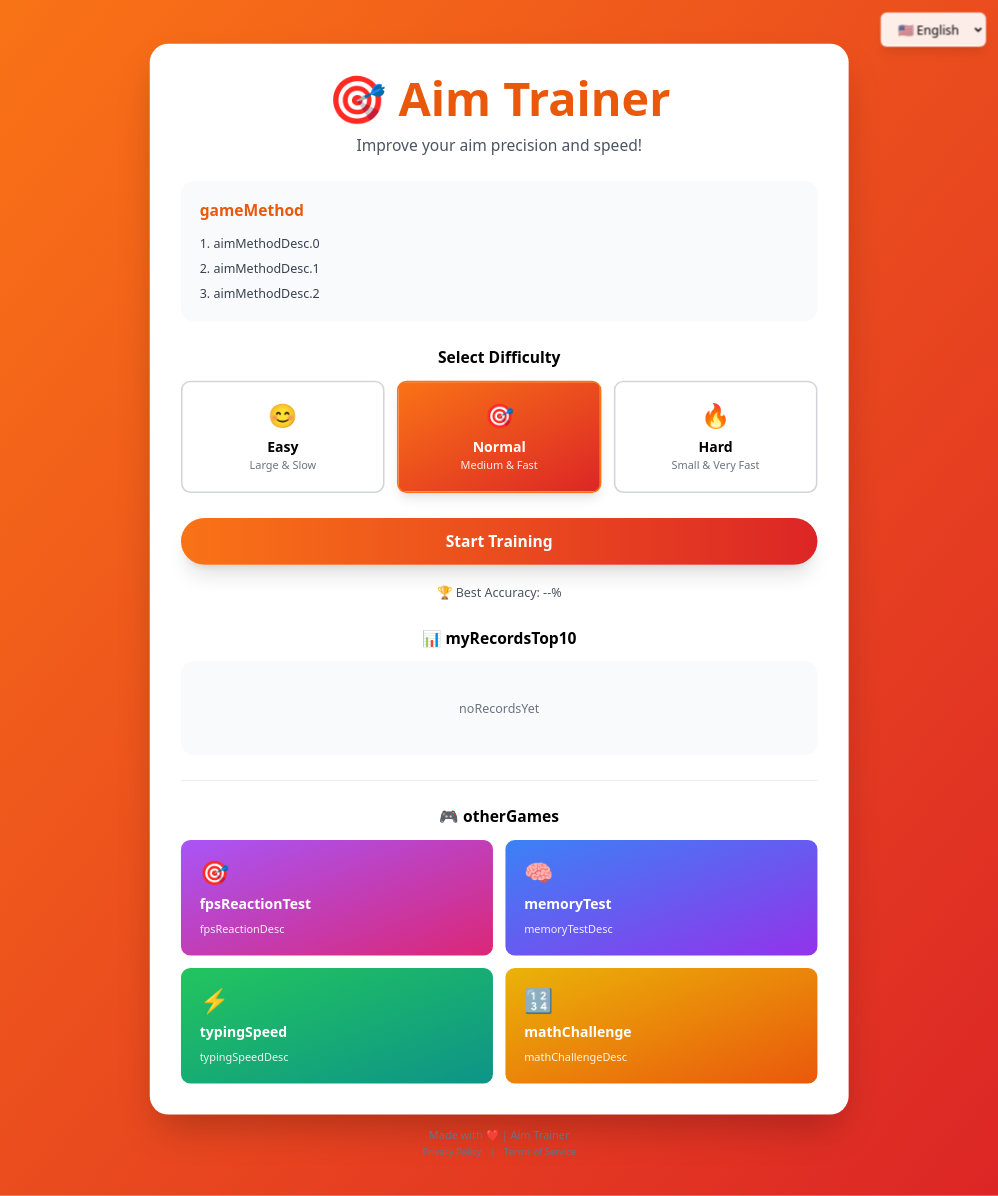
Repository: Lcmind/withjocoding
Page: aim-trainer.html
An editor plug-in stored every save of this project. The page is shown before and after the next save, followed by the edit.
The browser window is 1280 px wide. The pictures show the whole page, at 78% of full size.
An inner scrolling area shows only its first screen. Some web libraries are served in a nearby version.

Above is the page before, as saved 2026-01-13 21:31:48.

### aim-trainer.html
<!DOCTYPE html>
<html lang="en">
<head>
  <meta charset="UTF-8">
  <meta name="viewport" content="width=device-width, initial-scale=1.0">
  <meta name="description" content="Free Aim Trainer! Improve your aim precision and reaction time. Perfect for FPS gamers!">
  <title>Aim Trainer - Improve Your Aim Precision | FPS Training</title>

  <!-- Tailwind CSS -->
  <script src="https://cdn.tailwindcss.com"></script>
  <script>
    tailwind.config = {
      theme: {
        extend: {
          colors: {
            primary: '#667eea',
            secondary: '#764ba2',
          }
        }
      }
    }
  </script>

  <!-- Google AdSense -->
  <script async src="https://pagead2.googlesyndication.com/pagead/js/adsbygoogle.js?client=ca-pub-1247545232353663"
     crossorigin="anonymous"></script>

  <style>
    @keyframes pulse-target {
      0%, 100% { transform: scale(1); }
      50% { transform: scale(1.1); }
    }
    .target-pulse {
      animation: pulse-target 0.8s ease-in-out infinite;
    }
    @keyframes hit-effect {
      0% { transform: scale(0.5); opacity: 1; }
      100% { transform: scale(2.5); opacity: 0; }
    }
    .hit-effect-anim {
      animation: hit-effect 0.4s ease-out;
    }
  </style>
</head>
<body class="min-h-screen bg-gradient-to-br from-orange-500 to-red-600">

  <!-- 언어 선택 -->
  <div class="fixed top-4 right-4 z-50">
    <select id="language-selector" class="px-4 py-2 rounded-lg bg-white/90 backdrop-blur-sm shadow-lg border-2 border-white/50 cursor-pointer hover:bg-white transition-all">
      <option value="ko">🇰🇷 한국어</option>
      <option value="en">🇺🇸 English</option>
      <option value="ja">🇯🇵 日本語</option>
    </select>
  </div>

  <!-- 시작 화면 -->
  <div id="start-screen" class="screen active min-h-screen flex flex-col items-center justify-center p-4 md:p-8">
    <div class="max-w-4xl w-full">

      <!-- 상단 광고 -->
      <div class="mb-6 flex justify-center">
        <ins class="adsbygoogle block"
             style="display:block; max-height:90px;"
             data-ad-format="horizontal"
             data-ad-client="ca-pub-1247545232353663"
             data-full-width-responsive="true"></ins>
      </div>

      <!-- 메인 카드 -->
      <div class="bg-white rounded-3xl shadow-2xl p-6 md:p-10">
        <h1 class="text-4xl md:text-6xl font-bold text-center text-orange-600 mb-4">
          🎯 <span data-i18n="title">Aim Trainer</span>
        </h1>
        <p class="text-lg md:text-xl text-center text-gray-600 mb-8" data-i18n="subtitle">Improve your aim precision and speed!</p>

      <!-- 게임 방법 -->
      <div class="bg-gray-50 rounded-2xl p-6 mb-8">
        <h3 class="text-xl font-bold text-orange-600 mb-4" data-i18n="gameMethod">How to Play</h3>
        <ol class="list-decimal list-inside space-y-2 text-gray-700">
          <li data-i18n="aimMethodDesc.0">Targets appear randomly on screen</li>
          <li data-i18n="aimMethodDesc.1">Click them as fast as possible</li>
          <li data-i18n="aimMethodDesc.2">Improve your accuracy and speed!</li>
        </ol>
      </div>

      <!-- 난이도 선택 -->
      <div class="mb-8">
        <h3 class="text-xl font-bold text-center mb-4" data-i18n="selectDifficulty">Select Difficulty</h3>
        <div class="grid grid-cols-1 md:grid-cols-3 gap-4">
          <button class="difficulty-btn border-2 border-gray-300 rounded-xl p-6 hover:border-orange-500 hover:shadow-lg transition-all" data-difficulty="easy">
            <div class="text-3xl mb-2">😊</div>
            <div class="font-bold text-lg" data-i18n="easy">Easy</div>
            <div class="text-sm text-gray-500">Large & Slow</div>
          </button>
          <button class="difficulty-btn active border-2 border-orange-500 bg-gradient-to-br from-orange-500 to-red-600 text-white rounded-xl p-6 shadow-lg" data-difficulty="normal">
            <div class="text-3xl mb-2">🎯</div>
            <div class="font-bold text-lg" data-i18n="normal">Normal</div>
            <div class="text-sm opacity-90">Medium & Fast</div>
          </button>
          <button class="difficulty-btn border-2 border-gray-300 rounded-xl p-6 hover:border-orange-500 hover:shadow-lg transition-all" data-difficulty="hard">
            <div class="text-3xl mb-2">🔥</div>
            <div class="font-bold text-lg" data-i18n="hard">Hard</div>
            <div class="text-sm text-gray-500">Small & Very Fast</div>
          </button>
        </div>
      </div>

      <button id="start-btn" class="w-full bg-gradient-to-r from-orange-500 to-red-600 text-white font-bold text-xl py-4 rounded-full shadow-xl hover:shadow-2xl hover:-translate-y-1 transition-all">
        <span data-i18n="startTraining">Start Training</span>
      </button>

      <div class="mt-6 text-center text-gray-600">
        <p>🏆 <span data-i18n="bestAccuracy">Best Accuracy</span>: <span id="best-record">--%</span></p>
      </div>

      <!-- 내 기록 TOP 10 -->
      <div class="mt-8">
        <h3 class="text-xl font-bold text-center mb-4">📊 <span data-i18n="myRecordsTop10">My Top 10 Records</span></h3>
        <div id="history-list" class="bg-gray-50 rounded-2xl p-4 max-h-80 overflow-y-auto">
          <p class="text-center text-gray-500 py-8" data-i18n="noRecordsYet">No records yet. Start now!</p>
        </div>
      </div>

      <!-- 다른 게임 섹션 -->
      <div class="mt-8 border-t border-gray-200 pt-8">
        <h3 class="text-xl font-bold text-center mb-4">🎮 <span data-i18n="otherGames">Other Games</span></h3>
        <div class="grid grid-cols-1 md:grid-cols-2 gap-4">
          <a href="index.html" class="block bg-gradient-to-br from-purple-500 to-pink-600 rounded-xl p-6 text-white hover:shadow-xl transition-all duration-300 hover:-translate-y-1">
            <div class="text-3xl mb-2">🎯</div>
            <div class="font-bold text-lg mb-2" data-i18n="fpsReactionTest">FPS Reaction Test</div>
            <div class="text-sm opacity-90" data-i18n="fpsReactionDesc">Test your reaction speed</div>
          </a>

          <a href="memory-test.html" class="block bg-gradient-to-br from-blue-500 to-purple-600 rounded-xl p-6 text-white hover:shadow-xl transition-all duration-300 hover:-translate-y-1">
            <div class="text-3xl mb-2">🧠</div>
            <div class="font-bold text-lg mb-2" data-i18n="memoryTest">Memory Test</div>
            <div class="text-sm opacity-90" data-i18n="memoryTestDesc">Test your memory skills</div>
          </a>

          <a href="typing-speed.html" class="block bg-gradient-to-br from-green-500 to-teal-600 rounded-xl p-6 text-white hover:shadow-xl transition-all duration-300 hover:-translate-y-1">
            <div class="text-3xl mb-2">⚡</div>
            <div class="font-bold text-lg mb-2" data-i18n="typingSpeed">Typing Speed</div>
            <div class="text-sm opacity-90" data-i18n="typingSpeedDesc">Test your typing speed</div>
          </a>

          <a href="math-challenge.html" class="block bg-gradient-to-br from-yellow-500 to-orange-600 rounded-xl p-6 text-white hover:shadow-xl transition-all duration-300 hover:-translate-y-1">
            <div class="text-3xl mb-2">🔢</div>
            <div class="font-bold text-lg mb-2" data-i18n="mathChallenge">Math Challenge</div>
            <div class="text-sm opacity-90" data-i18n="mathChallengeDesc">Quick math calculations</div>
          </a>
        </div>
      </div>
    </div>
  </div>

  <!-- 게임 화면 -->
  <div id="game-screen" class="screen hidden min-h-screen bg-gray-900 relative">
    <!-- 게임 정보 -->
    <div class="fixed top-8 left-1/2 transform -translate-x-1/2 z-10">
      <div class="flex gap-8 bg-white/10 backdrop-blur-md px-6 py-3 rounded-full">
        <div class="text-white text-lg">
          <span class="opacity-80" data-i18n="targets">Targets</span>: <span id="target-count" class="font-bold">0 / 30</span>
        </div>
        <div class="text-white text-lg">
          <span class="opacity-80" data-i18n="accuracy">Accuracy</span>: <span id="accuracy-display" class="font-bold">100%</span>
        </div>
        <div class="text-white text-lg">
          <span class="opacity-80" data-i18n="combo">Combo</span>: <span id="combo-display" class="font-bold text-yellow-400">x1</span>
        </div>
      </div>
    </div>

    <!-- 게임 영역 -->
    <div id="game-area" class="w-screen h-screen relative cursor-crosshair">
      <div id="target" class="absolute rounded-full opacity-0 transform scale-0 transition-all duration-200 shadow-2xl border-4 border-white/30"></div>
      <div id="click-effect" class="absolute w-24 h-24 border-4 rounded-full pointer-events-none opacity-0 transform scale-0"></div>
    </div>
  </div>

  <!-- 결과 화면 -->
  <div id="result-screen" class="screen hidden min-h-screen flex flex-col items-center justify-center p-4">
    <div class="max-w-2xl w-full bg-white rounded-3xl shadow-2xl p-6 md:p-10">
      <h1 class="text-4xl font-bold text-center text-orange-600 mb-8">
        🎯 <span data-i18n="results">Results</span>
      </h1>

      <div class="bg-gradient-to-br from-orange-500 to-red-600 text-white rounded-2xl p-8 mb-6">
        <div class="text-center mb-6">
          <div class="text-lg opacity-90 mb-2" data-i18n="finalAccuracy">Final Accuracy</div>
          <div id="final-accuracy" class="text-6xl font-bold mb-4">100%</div>
        </div>

        <div class="grid grid-cols-3 gap-4">
          <div class="bg-white/20 rounded-xl p-4 text-center">
            <div class="text-sm opacity-90" data-i18n="avgTime">Avg Time</div>
            <div id="avg-time" class="text-2xl font-bold">0ms</div>
          </div>
          <div class="bg-white/20 rounded-xl p-4 text-center">
            <div class="text-sm opacity-90" data-i18n="maxCombo">Max Combo</div>
            <div id="max-combo" class="text-2xl font-bold">x0</div>
          </div>
          <div class="bg-white/20 rounded-xl p-4 text-center">
            <div class="text-sm opacity-90" data-i18n="score">Score</div>
            <div id="final-score" class="text-2xl font-bold">0</div>
          </div>
        </div>
      </div>

      <div class="flex gap-4">
        <button id="retry-btn" class="flex-1 bg-gradient-to-r from-orange-500 to-red-600 text-white font-bold text-xl py-4 rounded-full shadow-xl hover:shadow-2xl hover:-translate-y-1 transition-all">
          <span data-i18n="trainAgain">Train Again</span>
        </button>
        <button id="home-btn" class="flex-1 bg-white text-orange-600 border-2 border-orange-600 font-bold text-xl py-4 rounded-full hover:bg-orange-600 hover:text-white transition-all">
          <span data-i18n="backHome">Home</span>
        </button>
      </div>
    </div>

    <!-- 하단 광고 -->
    <div class="mt-6 flex justify-center">
      <ins class="adsbygoogle block"
           style="display:block; min-height:250px;"
           data-ad-format="autorelaxed"
           data-ad-client="ca-pub-1247545232353663"
           data-full-width-responsive="true"></ins>
    </div>
  </div>

  <!-- Footer -->
  <!-- Footer -->
  <footer class="w-full py-4 text-center text-gray-500 text-sm">
    <p class="mb-1">Made with ❤️ | Aim Trainer</p>
    <p class="text-xs">
      <a href="privacy.html" class="text-gray-500 hover:text-gray-700 mx-2" data-i18n="privacyPolicy">Privacy Policy</a> |
      <a href="terms.html" class="text-gray-500 hover:text-gray-700 mx-2" data-i18n="termsOfService">Terms of Service</a>
    </p>
  </footer>

  <script>
    (adsbygoogle = window.adsbygoogle || []).push({});
  </script>

  <script src="aim-trainer.js"></script>
</body>
</html>

### aim-trainer.js
// 번역
const translations = {
  ko: {
    title: '조준 트레이너',
    subtitle: '조준 정확도와 속도를 향상시키세요!',
    selectDifficulty: '난이도 선택',
    easy: '쉬움',
    normal: '보통',
    hard: '어려움',
    startTraining: '훈련 시작',
    bestAccuracy: '최고 정확도',
    targets: '타겟',
    accuracy: '정확도',
    combo: '콤보',
    results: '결과',
    finalAccuracy: '최종 정확도',
    avgTime: '평균 시간',
    maxCombo: '최대 콤보',
    score: '점수',
    trainAgain: '다시 훈련',
    backHome: '홈으로',
    privacyPolicy: '개인정보처리방침',
    termsOfService: '이용약관'
  },
  en: {
    title: 'Aim Trainer',
    subtitle: 'Improve your aim precision and speed!',
    selectDifficulty: 'Select Difficulty',
    easy: 'Easy',
    normal: 'Normal',
    hard: 'Hard',
    startTraining: 'Start Training',
    bestAccuracy: 'Best Accuracy',
    targets: 'Targets',
    accuracy: 'Accuracy',
    combo: 'Combo',
    results: 'Results',
    finalAccuracy: 'Final Accuracy',
    avgTime: 'Avg Time',
    maxCombo: 'Max Combo',
    score: 'Score',
    trainAgain: 'Train Again',
    backHome: 'Home',
    privacyPolicy: 'Privacy Policy',
    termsOfService: 'Terms of Service'
  }
};

let currentLang = localStorage.getItem('preferredLanguage') || 'en';
const languageSelector = document.getElementById('language-selector');
if (languageSelector) {
  languageSelector.value = currentLang;
}

function t(key) {
  return translations[currentLang][key] || key;
}

function updateLanguage() {
  document.querySelectorAll('[data-i18n]').forEach(el => {
    const key = el.getAttribute('data-i18n');
    el.textContent = t(key);
  });
}

if (languageSelector) {
  languageSelector.addEventListener('change', (e) => {
    currentLang = e.target.value;
    localStorage.setItem('preferredLanguage', currentLang);
    updateLanguage();
  });
}

updateLanguage();

// 게임 로직
let difficulty = 'normal';
let targetCount = 0;
const maxTargets = 30;
let hits = 0;
let misses = 0;
let combo = 0;
let maxCombo = 0;
let reactionTimes = [];
let targetAppearTime = 0;
let isTargetVisible = false;

const difficultySettings = {
  easy: { size: 100, delay: [1000, 1500], lifetime: 2000 },
  normal: { size: 70, delay: [500, 1000], lifetime: 1500 },
  hard: { size: 50, delay: [300, 700], lifetime: 1000 }
};

const target = document.getElementById('target');
const clickEffect = document.getElementById('click-effect');
const gameArea = document.getElementById('game-area');

// 난이도 선택
document.querySelectorAll('.difficulty-btn').forEach(btn => {
  btn.addEventListener('click', () => {
    document.querySelectorAll('.difficulty-btn').forEach(b => {
      b.classList.remove('active', 'border-orange-500', 'bg-gradient-to-br', 'from-orange-500', 'to-red-600', 'text-white', 'shadow-lg');
      b.classList.add('border-gray-300');
    });
    btn.classList.remove('border-gray-300');
    btn.classList.add('active', 'border-orange-500', 'bg-gradient-to-br', 'from-orange-500', 'to-red-600', 'text-white', 'shadow-lg');
    difficulty = btn.dataset.difficulty;
  });
});

document.getElementById('start-btn').addEventListener('click', startGame);
document.getElementById('retry-btn').addEventListener('click', () => {
  hideScreen(document.getElementById('result-screen'));
  showScreen(document.getElementById('start-screen'));
});
document.getElementById('home-btn').addEventListener('click', () => {
  window.location.href = 'index.html';
});

function startGame() {
  hideScreen(document.getElementById('start-screen'));
  showScreen(document.getElementById('game-screen'));

  initGame();
}

function initGame() {
  targetCount = 0;
  hits = 0;
  misses = 0;
  combo = 0;
  maxCombo = 0;
  reactionTimes = [];
  isTargetVisible = false;

  updateGameInfo();
  spawnTarget();

  // 빗나간 클릭 감지
  gameArea.onclick = (e) => {
    if (e.target !== target && isTargetVisible) {
      misses++;
      combo = 0;
      updateGameInfo();
      showClickEffect(e.clientX, e.clientY, false);
    }
  };
}

function spawnTarget() {
  if (targetCount >= maxTargets) {
    endGame();
    return;
  }

  const settings = difficultySettings[difficulty];
  const margin = settings.size;
  const maxX = window.innerWidth - margin * 2;
  const maxY = window.innerHeight - margin * 2 - 100;

  const randomX = Math.random() * maxX + margin;
  const randomY = Math.random() * maxY + margin + 100;

  // 타겟 설정
  target.style.left = `${randomX}px`;
  target.style.top = `${randomY}px`;
  target.style.width = `${settings.size}px`;
  target.style.height = `${settings.size}px`;
  target.className = 'absolute rounded-full transition-all duration-200 shadow-2xl border-4 border-white/30 bg-gradient-to-br from-orange-500 to-red-600';

  // 랜덤 색상 (매번 다름)
  const colors = [
    'from-orange-500 to-red-600',
    'from-red-500 to-pink-600',
    'from-yellow-500 to-orange-600',
    'from-purple-500 to-pink-600',
    'from-blue-500 to-purple-600'
  ];
  const randomColor = colors[Math.floor(Math.random() * colors.length)];
  target.classList.add('bg-gradient-to-br', ...randomColor.split(' '));

  // 타겟 표시
  setTimeout(() => {
    target.classList.remove('opacity-0', 'scale-0');
    target.classList.add('opacity-100', 'scale-100', 'target-pulse');
    isTargetVisible = true;
    targetAppearTime = Date.now();

    // 일정 시간 후 자동 사라짐 (미스 처리)
    setTimeout(() => {
      if (isTargetVisible) {
        missTarget();
      }
    }, settings.lifetime);
  }, getRandomDelay(settings.delay[0], settings.delay[1]));

  // 타겟 클릭
  target.onclick = (e) => {
    if (!isTargetVisible) return;
    e.stopPropagation();

    const reactionTime = Date.now() - targetAppearTime;
    reactionTimes.push(reactionTime);
    hits++;
    combo++;
    if (combo > maxCombo) maxCombo = combo;

    hideTarget();
    showClickEffect(e.clientX, e.clientY, true);
    updateGameInfo();

    targetCount++;
    setTimeout(() => spawnTarget(), 200);
  };
}

function missTarget() {
  if (!isTargetVisible) return;

  misses++;
  combo = 0;
  hideTarget();
  updateGameInfo();

  targetCount++;
  setTimeout(() => spawnTarget(), 500);
}

function hideTarget() {
  isTargetVisible = false;
  target.classList.remove('opacity-100', 'scale-100', 'target-pulse');
  target.classList.add('opacity-0', 'scale-0');
}

function showClickEffect(x, y, isHit) {
  clickEffect.style.left = `${x - 50}px`;
  clickEffect.style.top = `${y - 50}px`;
  clickEffect.className = `absolute w-24 h-24 border-4 rounded-full pointer-events-none ${isHit ? 'border-green-500' : 'border-red-500'}`;

  clickEffect.classList.remove('opacity-0', 'scale-0');
  clickEffect.classList.add('hit-effect-anim');

  setTimeout(() => {
    clickEffect.classList.add('opacity-0', 'scale-0');
    clickEffect.classList.remove('hit-effect-anim');
  }, 400);
}

function updateGameInfo() {
  document.getElementById('target-count').textContent = `${targetCount} / ${maxTargets}`;

  const totalShots = hits + misses;
  const accuracy = totalShots > 0 ? Math.round((hits / totalShots) * 100) : 100;
  document.getElementById('accuracy-display').textContent = `${accuracy}%`;

  document.getElementById('combo-display').textContent = `x${combo}`;
  if (combo >= 5) {
    document.getElementById('combo-display').classList.add('text-yellow-400');
  } else {
    document.getElementById('combo-display').classList.remove('text-yellow-400');
  }
}

function endGame() {
  const totalShots = hits + misses;
  const accuracy = totalShots > 0 ? Math.round((hits / totalShots) * 100) : 100;
  const avgTime = reactionTimes.length > 0
    ? Math.round(reactionTimes.reduce((a, b) => a + b) / reactionTimes.length)
    : 0;
  const score = Math.round(hits * 100 * (1 + combo / 10));

  document.getElementById('final-accuracy').textContent = `${accuracy}%`;
  document.getElementById('avg-time').textContent = `${avgTime}ms`;
  document.getElementById('max-combo').textContent = `x${maxCombo}`;
  document.getElementById('final-score').textContent = score;

  // 최고 기록 저장
  const key = `aimBest_${difficulty}`;
  const best = localStorage.getItem(key);
  if (!best || accuracy > parseInt(best)) {
    localStorage.setItem(key, accuracy);
  }

  hideScreen(document.getElementById('game-screen'));
  showScreen(document.getElementById('result-screen'));
}

function getRandomDelay(min, max) {
  return Math.random() * (max - min) + min;
}

function showScreen(screen) {
  screen.classList.remove('hidden');
  screen.classList.add('active');
}

function hideScreen(screen) {
  screen.classList.add('hidden');
  screen.classList.remove('active');
}

function loadBestRecord() {
  const key = `aimBest_${difficulty}`;
  const best = localStorage.getItem(key);
  document.getElementById('best-record').textContent = best ? `${best}%` : '--%';
}

loadBestRecord();

After the next save:
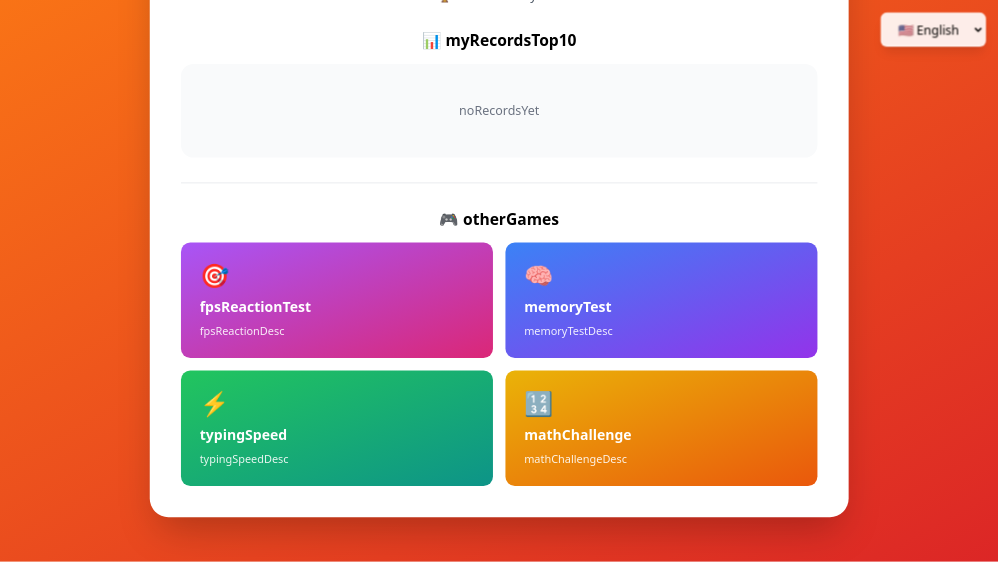
Saved 7 min 47 s later.
--- a/aim-trainer.html
+++ b/aim-trainer.html
@@ -54,7 +54,7 @@
   </div>
 
   <!-- 시작 화면 -->
-  <div id="start-screen" class="screen active min-h-screen flex flex-col items-center justify-center p-4 md:p-8">
+  <div id="start-screen" class="fixed inset-0 z-10 min-h-screen flex flex-col items-center justify-center p-4 md:p-8 opacity-100 pointer-events-auto transition-opacity duration-300 overflow-y-auto">
     <div class="max-w-4xl w-full">
 
       <!-- 상단 광고 -->
@@ -154,7 +154,7 @@
   </div>
 
   <!-- 게임 화면 -->
-  <div id="game-screen" class="screen hidden min-h-screen bg-gray-900 relative">
+  <div id="game-screen" class="fixed inset-0 z-20 min-h-screen bg-gray-900 relative opacity-0 pointer-events-none transition-opacity duration-300">
     <!-- 게임 정보 -->
     <div class="fixed top-8 left-1/2 transform -translate-x-1/2 z-10">
       <div class="flex gap-8 bg-white/10 backdrop-blur-md px-6 py-3 rounded-full">
@@ -178,7 +178,7 @@
   </div>
 
   <!-- 결과 화면 -->
-  <div id="result-screen" class="screen hidden min-h-screen flex flex-col items-center justify-center p-4">
+  <div id="result-screen" class="fixed inset-0 z-30 min-h-screen flex flex-col items-center justify-center p-4 opacity-0 pointer-events-none transition-opacity duration-300 overflow-y-auto">
     <div class="max-w-2xl w-full bg-white rounded-3xl shadow-2xl p-6 md:p-10">
       <h1 class="text-4xl font-bold text-center text-orange-600 mb-8">
         🎯 <span data-i18n="results">Results</span>
--- a/aim-trainer.js
+++ b/aim-trainer.js
@@ -290,13 +290,13 @@ function getRandomDelay(min, max) {
 }
 
 function showScreen(screen) {
-  screen.classList.remove('hidden');
-  screen.classList.add('active');
+  screen.classList.remove('opacity-0', 'pointer-events-none');
+  screen.classList.add('opacity-100', 'pointer-events-auto');
 }
 
 function hideScreen(screen) {
-  screen.classList.add('hidden');
-  screen.classList.remove('active');
+  screen.classList.remove('opacity-100', 'pointer-events-auto');
+  screen.classList.add('opacity-0', 'pointer-events-none');
 }
 
 function loadBestRecord() {
